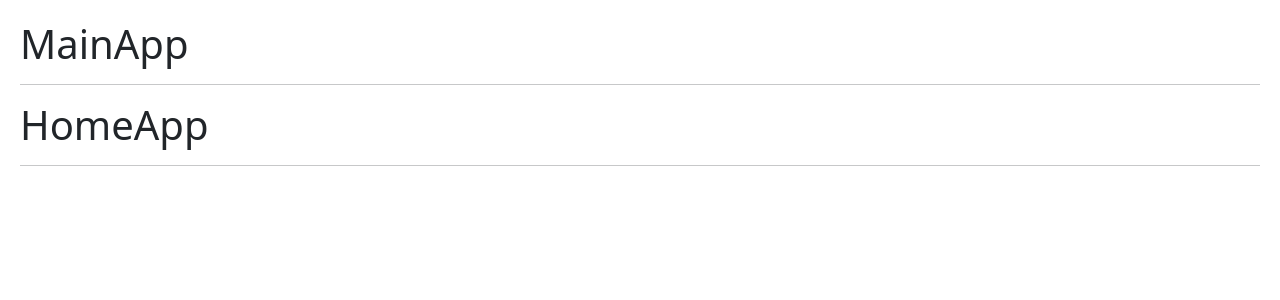
Repository: bryanesteban/hooks-App
Page: /
The author's editor kept a copy of each file at every save. The page is drawn from the files as they stood at one save, then again after the next save.
The browser window is 1280 px wide. The pictures show the whole page.
The project was rebuilt for these pictures with package versions that can differ from the ones it lists, and the page was loaded fresh each time. Also part of the build but not shown: vite.config.js, src/HooksApp.jsx, src/01-useState/CounterApp.jsx, src/hooks/useCounter.jsx, src/01-useState/CounterWithCustomHook.jsx, src/02-useEffect/Message.jsx, src/02-useEffect/SimpleForm.jsx, src/hooks/useForm.js and 20 more.

Above is the page before, as saved 2024-08-22 23:11:55.

### src/main.jsx
import React from 'react'
import ReactDOM from 'react-dom/client'
import { BrowserRouter } from 'react-router-dom'
import './index.css'
import { HooksApp } from './HooksApp'
import { CounterApp } from './01-useState/CounterApp'
import { CounterWithCustomHook } from './01-useState/CounterWithCustomHook'
import { SimpleForm } from './02-useEffect/SimpleForm'
import { FormWithCustomHook } from './02-useEffect/FormWithCustomHook'
import { MultipleCustomHook } from './03-examples/MultipleCustomHook'
import { FocusScreen } from './04-useRef/FocusScreen'
import { Layout } from './05-useLayoutEffect/Layout'
import { Memorize } from './06-memos/Memorize'
import { MemoHook } from './06-memos/MemoHook'
import { CallbackHook } from './06-memos/CallbackHook'
// import { Padre } from './07-tarea-memo/Padre'

// import './08-useReducer/intro-reducer';
import { TodoApp } from './08-useReducer/TodoApp'
import { MainApp } from './09-useConstext/MainApp'

ReactDOM.createRoot(document.getElementById('root')).render(
  // <React.StrictMode>
  //   <FormWithCustomHook />
  // <MultipleCustomHook />
  // <FocusScreen/>
  // <Layout/>
      // <Memorize/>
      // <MemoHook/>
      // <CallbackHook/>
      // <Padre/>
      // <TodoApp/>
      <BrowserRouter>

      <MainApp/>

      </BrowserRouter>

  // </React.StrictMode>
)

### src/09-useConstext/MainApp.jsx
import { Navigate, Route, Routes } from "react-router-dom"
import { HomePage } from "./HomePage"
import { AboutPage } from "./AboutPage"
import { LoginPage } from "./LoginPage"


export const MainApp = () => {
    return (
        <>
            <h1>MainApp</h1>
            <hr/>
            <Routes>
                <Route path="/" element={ <HomePage/> }/>
                <Route path="/login" element={ <LoginPage/> }/>
                <Route path="/about" element={ <AboutPage/> }/>

                {/* <Route path="/*" element={<LoginPage/> }/> */}
                <Route path="/*" element={ <Navigate to="/about"/>} />

            </Routes>
        </>
    )
}

### src/09-useConstext/HomePage.jsx
export const HomePage = () =>
    {
        return (
            <>
            <h1>HomeApp</h1>
            <hr/>
            </>
        )
    }

Loaded but not shown: index.html (common file); src/index.css (common file)

After the next save:
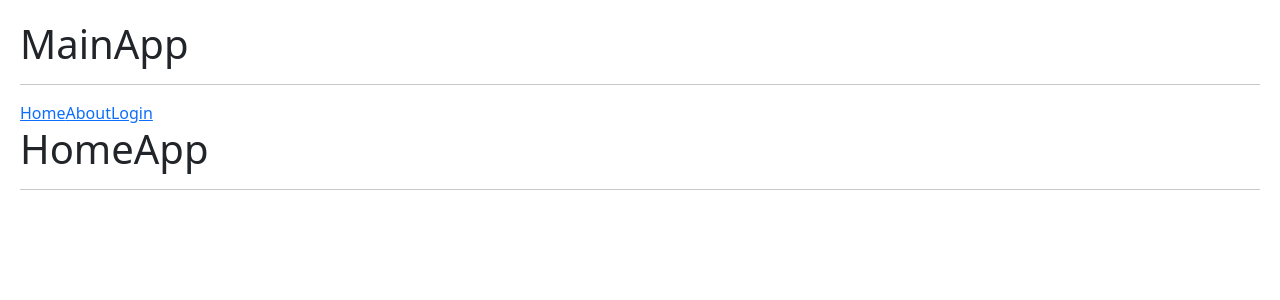
Saved 2 min 0 s later.
--- a/src/09-useConstext/MainApp.jsx
+++ b/src/09-useConstext/MainApp.jsx
@@ -9,6 +9,11 @@
         <>
             <h1>MainApp</h1>
             <hr/>
+            <a href="/">Home</a>
+            <a href="/about">About</a>
+            <a href="/login">Login</a>
+
+
             <Routes>
                 <Route path="/" element={ <HomePage/> }/>
                 <Route path="/login" element={ <LoginPage/> }/>
